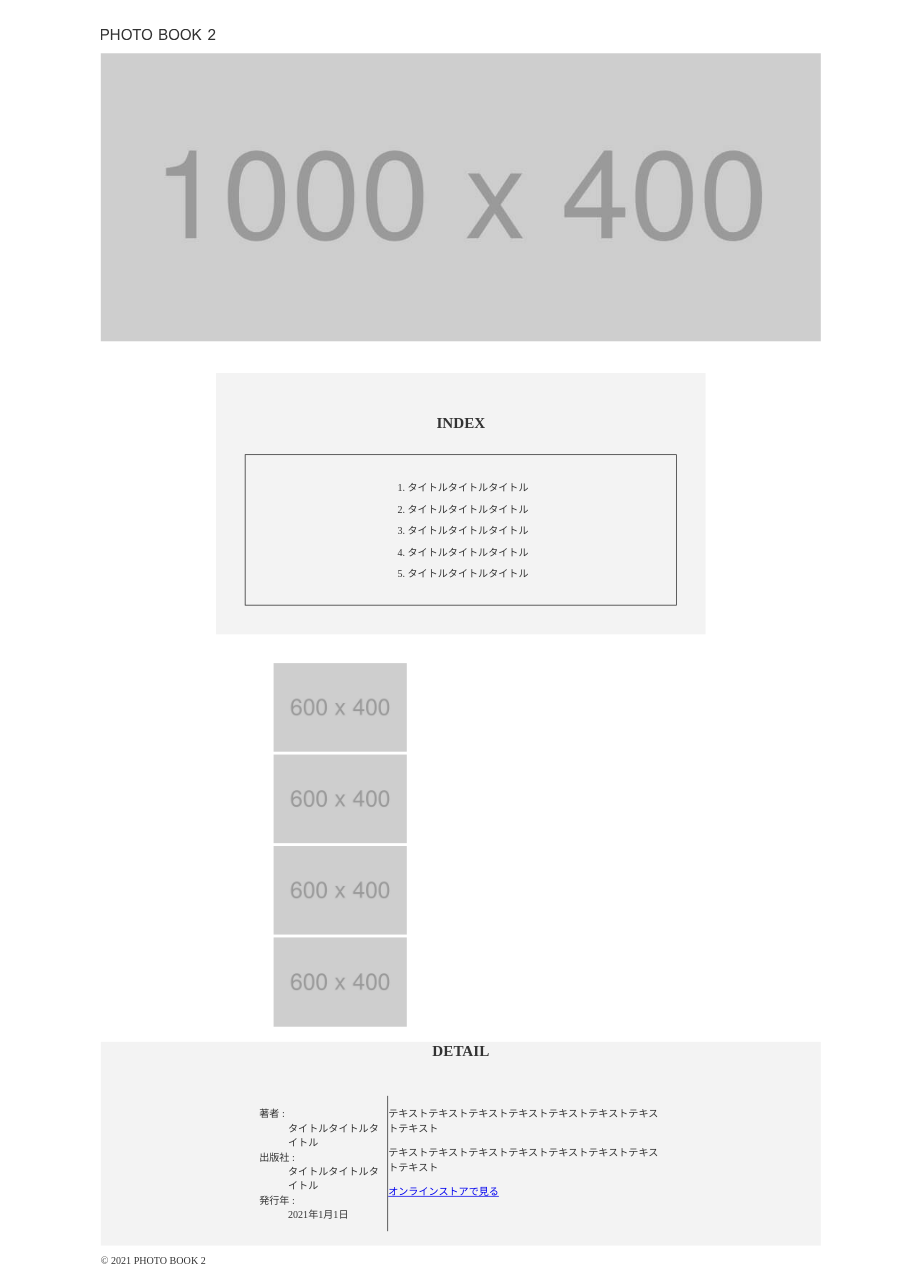
Repository: Fuki-san/photo-book-2
Page: http://localhost/photobook
An editor plug-in stored every save of this project. The page is shown before and after a run of saves, followed by the edit.
The browser window is 1280 px wide. The pictures show the whole page, at 72% of full size.
The page is served by the project's Laravel application, run on PHP 8.4 with Laravel 10.

Above is the page before, as saved 2023-12-01 12:19:35.

After the next 3 saves:
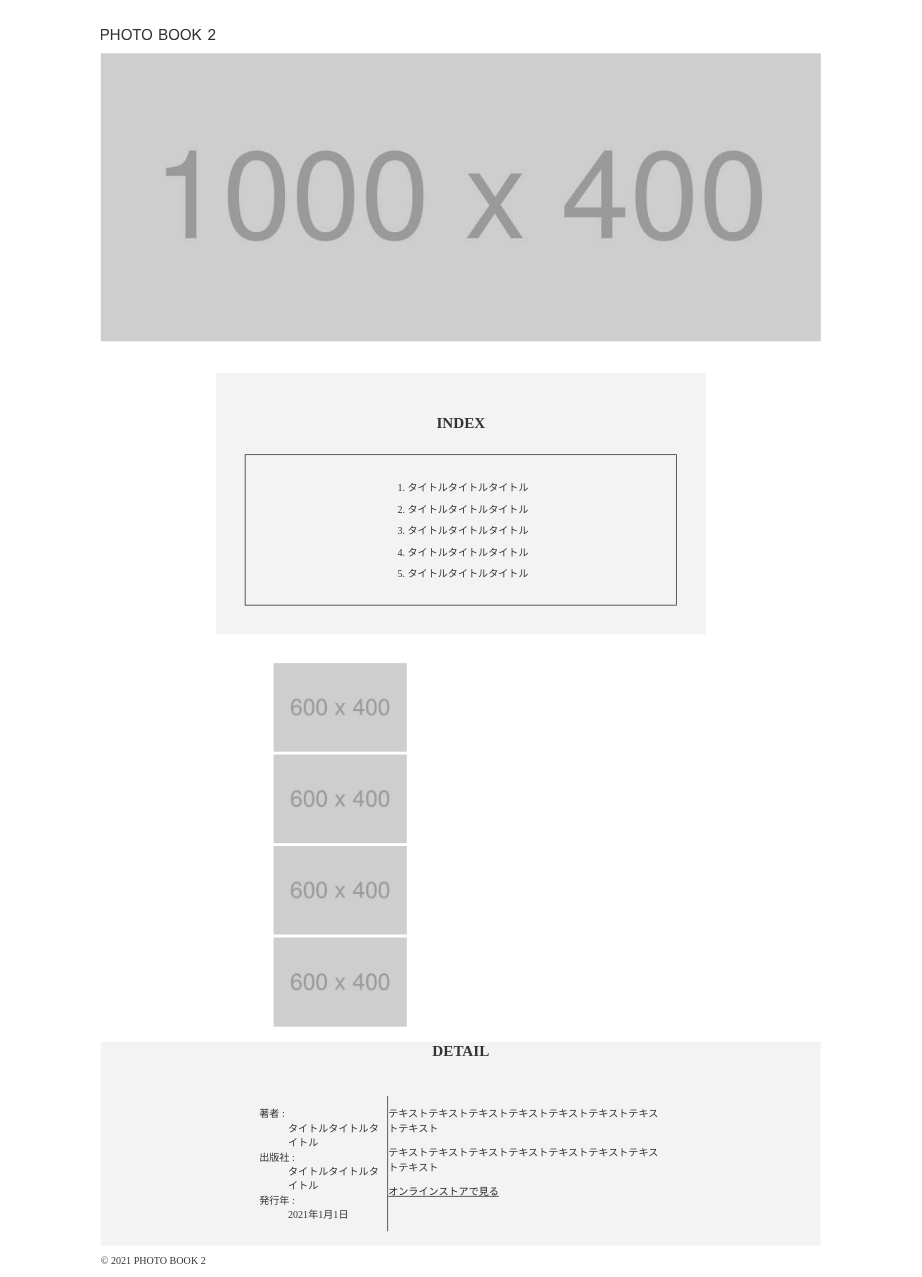
The 3 saves are shown as one change because they came seconds apart.
The last was saved 9 s later.
--- a/public/css/style.css
+++ b/public/css/style.css
@@ -82,5 +82,5 @@
     border-left: solid 1px #242424;
 }
 .text a{
-
+    color: #242424;
 }
